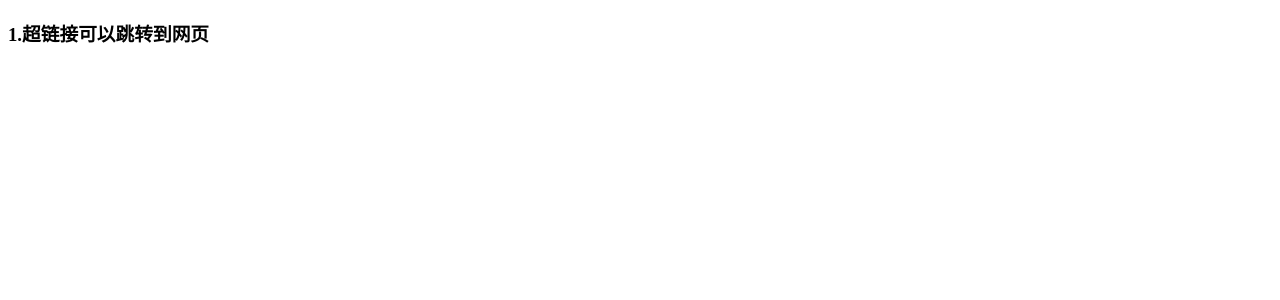
Repository: jarvanstack/vscode
Page: HTML/HTML超链接有哪些.html
The author's editor kept a copy of each file at every save. The page is drawn from the files as they stood at one save, then again after the next save.
The browser window is 1280 px wide. The pictures show the whole page.

Above is the page before, as saved 2020-06-11 09:26:29.

### HTML/HTML超链接有哪些.html
<!DOCTYPE html>
<html lang="en">
<head>
    <meta charset="UTF-8">
    <meta name="viewport" content="width=device-width, initial-scale=1.0">
    <title>HTML超链接有哪些</title>
</head>
<body>
    <h3>1.超链接可以跳转到网页</h3>
    <a href=""
</body>
</html>

After the next save:
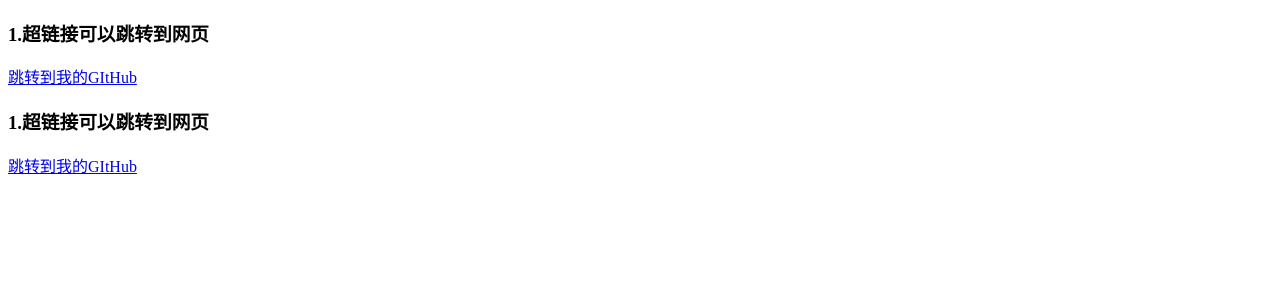
Saved 41 s later.
--- a/HTML/HTML超链接有哪些.html
+++ b/HTML/HTML超链接有哪些.html
@@ -7,6 +7,8 @@
 </head>
 <body>
     <h3>1.超链接可以跳转到网页</h3>
-    <a href=""
+    <a href="https://github.com/dengjiawen8955">跳转到我的GItHub</a>
+    <h3>1.超链接可以跳转到网页</h3>
+    <a href="https://github.com/dengjiawen8955">跳转到我的GItHub</a>
 </body>
 </html>
